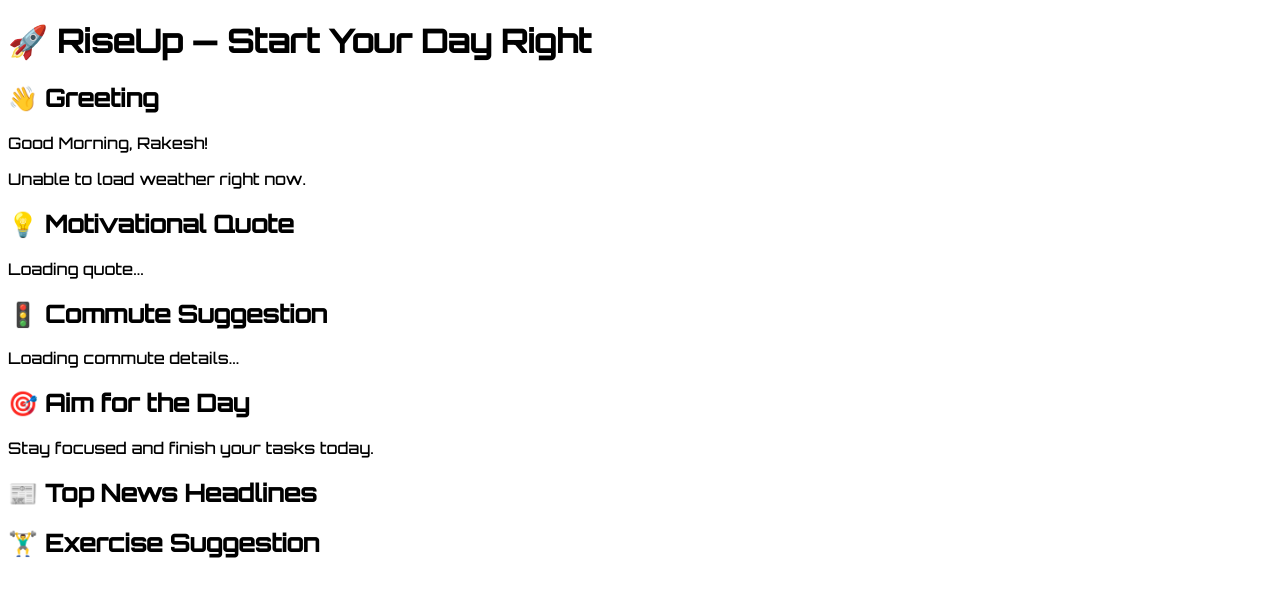
Repository: rakeshkumar1012/riseup
Page: /
These files come from the project's save history. The page is drawn as it stood at one moment and after the next save; the edit follows.
The browser window is 1280 px wide. The pictures show the whole page.
The page's requests for data from a server got no answer. The project was rebuilt for these pictures with package versions that can differ from the ones it lists, and the page was loaded fresh each time. No one was signed in, and anything a server would have sent is missing.

Above is the page before, as saved 2025-07-05 03:57:52.

After the next save:
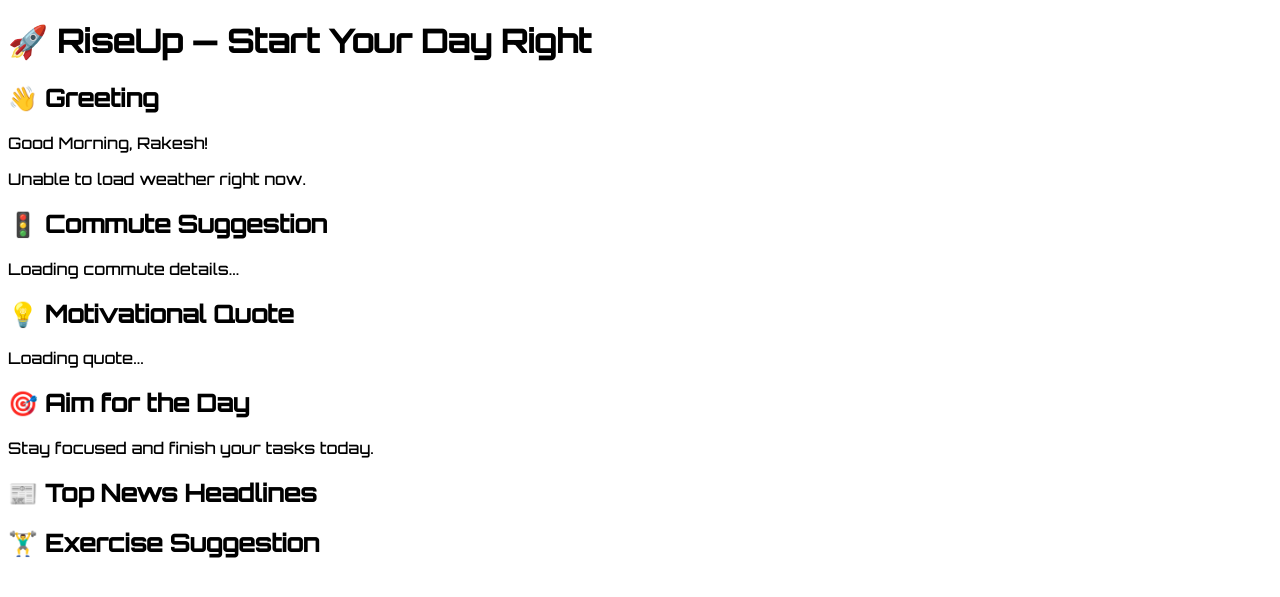
Saved 26 s later.
--- a/src/App.js
+++ b/src/App.js
@@ -22,12 +22,13 @@ function App() {
 
 
           <Weather />
+          <Commute />
 
         {/* Quote */}
         <Section title="💡 Motivational Quote" gradient="from-yellow-400 to-orange-500">
           <Quote />
         </Section>
-        <Commute />
+
 
         {/* Daily Task */}
         <Section title="🎯 Aim for the Day" gradient="from-green-400 to-lime-500">
